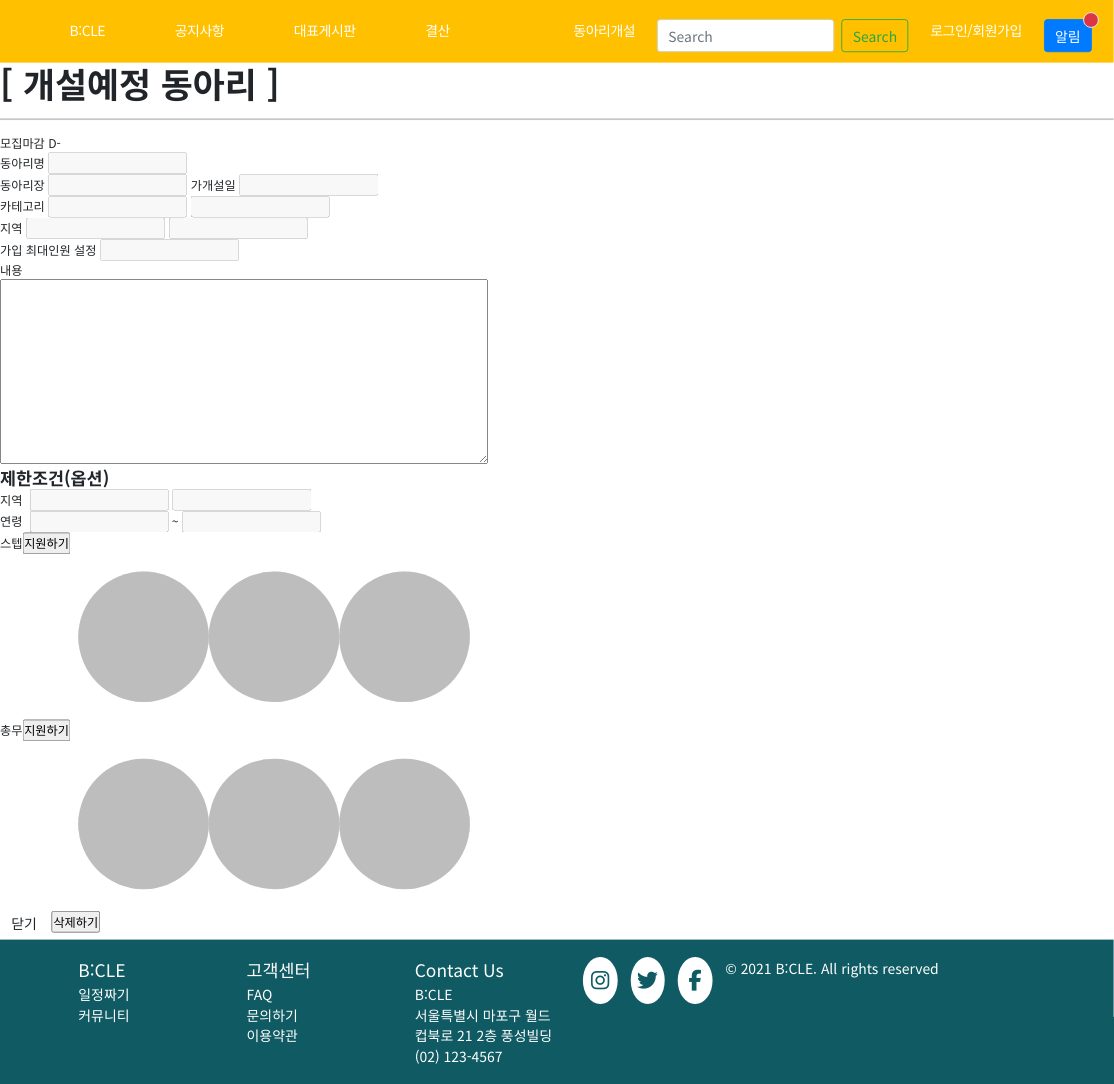
Repository: CHAEYUN7074/SpringProject_Bcle
Page: http://localhost/Bcle/ClubBeforeOpenedContents.jsp
The author's editor kept a copy of each file at every save. The page is drawn from the files as they stood at one save, then again after the next save.
The browser window is 1280 px wide. The pictures show the whole page, at 87% of full size.
Some web fonts or font styles are not loaded; a fallback is used. Some web libraries are served in a nearby version. The page is served by Tomcat 9. The template is opened directly, without the code that normally fills it, so the values that code supplies are empty.

Above is the page before, as saved 2021-12-21 07:18:41.

### Bcle/WebContent/ClubBeforeOpenedContents.jsp
<%@ page contentType="text/html; charset=UTF-8"%>
<%@ taglib prefix="c" uri="http://java.sun.com/jsp/jstl/core"%>
<%
   request.setCharacterEncoding("UTF-8");
String cp = request.getContextPath();
%>
<!DOCTYPE html>
<html>
<head>
<meta charset="UTF-8">
<title>ClubBeforeOpenedContents.jsp</title>
<style type="text/css">
.box {
   width: 150px;
   height: 150px;
   border-radius: 70%;
   overflow: hidden;
}

.profile {
   width: 100%;
   height: 100%;
   object-fit: cover;
}

.container {
   display: flex;
}
</style>
</head>
<script type="text/javascript" src="http://code.jquery.com/jquery.min.js"></script>
<script type="text/javascript">
	$(function()
	{
		$(".updateBtn").click(function()
		{
			// 테스트
			//alert("수정 버튼 클릭");
			//employeeupdateform.action 페이지 요청하면서 employeeId 전송

			$(location).attr("href", "employeeupdateform.action?employeeId=" + $(this).val());


		});

		$(".deleteBtn").click(function()
		{
			// 테스트
			//alert("삭제 버튼 클릭");

			if(confirm("현재 선택한 데이터를 정말 삭제하시겠습니까?"))
			{
				$(location).attr("href", "employeedelete.action?employeeId=" + $(this).val());
			}
		});

	});;
</script>
<body>
   <!--
ClubBeforeOpenedContents.jsp
- 메인화면(로그인 전) 페이지 2 -⑤ 회원 모집 동아리 상세페이지(내용)
- 개절예정 동아리(스탭프 지원(동의)받는중)
 -->
   <div class="wrap">
      <!-- 네브 영역 -->
      <div>
         <c:import url="nav.jsp"></c:import>
      </div>

      <!-- 콘텐츠 영역 -->
      <div id="content">
         <h1>[ 개설예정 동아리 ]</h1>
         <hr>
         <div>
            <p>모집마감 D- ${clubDetail.day} </p>
         </div>

         <div>
            <form action="">
               <div>
                  <p>   동아리명
                  <input type="text" id="title" name="title" value="${clubDetail.title }"  disabled="disabled">
                  </p>
                  <p>
                     동아리장
                     <input type="text" id="nickname" name="nickname" value="${clubDetail.nickname }" disabled="disabled">
                     가개설일
                     <input type="text" id="preopendate" name="preopendate" value="${clubDetail.preopendate}" disabled="disabled">
                  </p>
                  <div>
                     카테고리
                     <input type="text" id="l_cat" name="l_cat" value="${clubDetail.l_cat}" disabled="disabled">
                     <input type="text" id="s_cat" name="s_cat" value="${clubDetail.s_cat}" disabled="disabled">
                  </div>
                  <div>
                     지역
                     <input type="text"  value="${clubDetail.city}" disabled="disabled">
                     <input type="text" value="${clubDetail.local}" disabled="disabled">
                  </div>
                  <p>
                     가입 최대인원 설정
                     <input type="text" value="${clubDetail.max}" disabled="disabled">
                  </p>
                  <div>
                     <p>내용</p>
                     <textarea rows="10" cols="70">${clubDetail.content}</textarea>
                  </div>

                  <div>
                     <h5>제한조건(옵션)</h5>
                     <div>
                     <!-- if로 받아온 지역제한 코드가 'X'면 없음이나 '-'로
                     있으면 받아온 지역명으로 보이게-->
                        지역&nbsp;
                        <input type="text" value="${clubDetail.city}" disabled="disabled">
                        <input type="text" value="${clubDetail.local}" disabled="disabled">
                     </div>
                     <div>
                     <!-- if로 받아온 나이제한 코드가 'X'면 없음이나 '-'로
                     있으면 받아온 최대나이와 최소나이로 보이게  -->
                        연령&nbsp;
                        <input type="text" value="${clubDetail.min_age}" disabled="disabled">
                        ~
                        <input type="text" value="${clubDetail.max_age}" disabled="disabled">
                     </div>

                     <div>
                        스텝<input type="button" value="지원하기">
                        <div class="container">
                           <div class="box" style="background: #BDBDBD;">
                              <img class="profile" src="">
                           </div>
                           <div class="box" style="background: #BDBDBD;">
                              <img class="profile" src="">
                           </div>
                           <div class="box" style="background: #BDBDBD;">
                              <img class="profile" src="">
                           </div>
                        </div>
                     </div>

                     <div>
                        총무<input type="button" value="지원하기">
                        <div class="container">
                           <div class="box" style="background: #BDBDBD;">
                              <img class="profile" src="">
                           </div>
                           <div class="box" style="background: #BDBDBD;">
                              <img class="profile" src="">
                           </div>
                           <div class="box" style="background: #BDBDBD;">
                              <img class="profile" src="">
                           </div>
                        </div>
                     </div>

                     <div>
                              <button type="button" class="btn" id="closeBtn"
                              onclick="location.href='clubprelistform.action'">닫기</button>
                              <input type="button" value="삭제하기" class="btn2" onclick="sendIt()"/>
                           </div>

                  </div>


               </div>
            </form>
         </div>
      </div>
      <!-- 풋터영역 -->
      <div>
         <c:import url="footer.jsp"></c:import>
      </div>

   </div>




</body>
</html>

### Bcle/WebContent/nav.jsp
<%@ page contentType="text/html; charset=UTF-8"%>
<%@ taglib prefix="c" uri="http://java.sun.com/jsp/jstl/core"%>
<%
	request.setCharacterEncoding("UTF-8");
String cp = request.getContextPath();
%>
<!DOCTYPE html>
<html lang="ko">
<head>
<meta charset="UTF-8">
<meta name="viewport" content="width=device-width, initial-scale=1">
<title>B:CLE</title>
<!-- <link rel="stylesheet" href="css/main.css"> -->
<link rel="stylesheet" href="css/font-awesome.min.css">
<link
	href="https://cdn.jsdelivr.net/npm/bootstrap@5.1.3/dist/css/bootstrap.min.css"
	rel="stylesheet"
	integrity="sha384-1BmE4kWBq78iYhFldvKuhfTAU6auU8tT94WrHftjDbrCEXSU1oBoqyl2QvZ6jIW3"
	crossorigin="anonymous">

<style>
@import
	url('https://fonts.googleapis.com/css?family=Exo+2|Noto+Sans+KR&display=swap')
	;
/*reset*/
* {
	margin: 0;
	padding: 0;
}
body {
	margin: 0;
}
h1, h2, h3, h4, h5, h6, p, ul, ol, li, dl, dt, dd {
	margin: 0;
	padding: 0;
}
h1, h2, h3, h4, h5, h6 {
	font-weight: 700;
	font-size: inherit;
}
a {
	color: inherit;
	text-decoration: inherit;
}
img {
	vertical-align: middle;
}
a img {
	border: none;
}
li {
	list-style: none;
}
address, em, i, ul {
	font-style: normal;
}
.mo {
	display: none;
}
body {
	font-family: 'Noto Sans KR', sans-serif;
	font-size: 14px;
}
header {
	font-family: 'Noto Sans KR', sans-serif;
	letter-spacing: -0.5px;
	background: rgb(255, 192, 0);
	color: white;
	height: 10vh;
	width: 100%;
	position: relative;
	margin-top: -20px;
}
.mainHeader {
	width: 100%;
	margin-top: 20px;
	box-sizing: border-box;
	vertical-align: center;
}
.mainHeader .gnbMo {
	display: none;
}
.mainHeader .gnb {
	float: left;
	margin-left: 80px;
	margin-top: 3vh;
}
.mainHeader .gnb li {
	float: left;
	margin-right: 80px;
}
.mainHeader .gnb li a {
	display: block;
	width: 100%;
	height: 100%;
	text-align: center;
	color: #fff;
	font-size: 16px;
	text-decoration-line: none;
}
.mainHeader .gnb li a:hover, .mainHeader .gnb li a:focus {
	color: #ff8342;
}
.mainHeader .tnb {
	float: right;
	margin-top: 3vh;
}
.mainHeader .tnb li {
	float: left;
	margin-right: 25px;
}
.mainHeader .tnb li a {
	display: block;
	width: 100%;
	height: 100%;
	text-align: center;
	font-size: 16px;
	color: #fff;
	text-decoration-line: none;
}
.mainHeader .tnb li:nth-child(1) a i, .mainHeader .tnb li:nth-child(2) a i
	{
	font-size: 20px;
	margin-right: 8px;
}
.mainHeader .tnb li:last-child a {
	display: block;
	width: 105px;
	line-height: 2;
	border: 1px solid #fff;
	border-radius: 30px;
	margin-top: 35px;
}
.mainHeader .tnb li:last-child a i {
	margin-left: 5px;
}
.mainHeader .tnb li:last-child a:hover {
	background: #fff;
	color: #ff8342;
	transition: all 0.3s;
}
.btn-primary {
    color: #fff;
    background-color: #105b63;
    border-color: #105b63;
}
</style>


</head>
<body>

	<c:choose>
		<c:when test="${!empty id }">
			<header>
				<div class="mainHeader">
					<nav class="gnb">
						<ul>
							<li><a href="#">B:CLE</a></li>
							<li><a href="#">공지사항</a></li>
							<li><a href="#">대표게시판</a></li>
							<li><a href="#">결산</a></li>
						</ul>
					</nav>
					<nav class="tnb">
						<ul>

							<li><a href="clubinsertform.action">동아리개설</a></li>

							<li>
								<form class="d-flex">
									<input class="form-control me-2" type="search"
										placeholder="Search" aria-label="Search">
									<button class="btn btn-outline-success" type="submit">Search</button>
								</form>
							</li>



							<!-- 값을 넘겨보려 시도했는데 실패...ㅠ 다시 해볼게요 - 현정 -->
							<li><a href="#">마이페이지</a></li>
							<li><button type="button"
									class="btn btn-primary position-relative">
									알림 <span
										class="position-absolute top-0 start-100 translate-middle p-2 bg-danger border border-light rounded-circle">
										<span class="visually-hidden">New alerts</span>
									</span>
								</button></li>
							<li><a href="logout.action">로그아웃</a></li>
						</ul>
					</nav>
					<nav class="gnbMo">
						<a href="#"><i class="fa fa-bars" aria-hidden="true"></i></a>
					</nav>
				</div>
			</header>
		</c:when>
		<c:otherwise>
			<header>
				<div class="mainHeader">
					<nav class="gnb">
						<ul>
							<li><a href="#">B:CLE</a></li>
							<li><a href="#">공지사항</a></li>
							<li><a href="#">대표게시판</a></li>
							<li><a href="#">결산</a></li>
						</ul>
					</nav>
					<nav class="tnb">
						<ul>

							<li><a href="clubinsertform.action">동아리개설</a></li>

							<li>
								<form class="d-flex">
									<input class="form-control me-2" type="search"
										placeholder="Search" aria-label="Search">
									<button class="btn btn-outline-success" type="submit">Search</button>
								</form>
							</li>




							<li><a href="#"></i>로그인/회원가입</a></li>
							<li><button type="button"
									class="btn btn-primary position-relative">
									알림 <span
										class="position-absolute top-0 start-100 translate-middle p-2 bg-danger border border-light rounded-circle">
										<span class="visually-hidden">New alerts</span>
									</span>
								</button></li>
						</ul>
					</nav>
					<nav class="gnbMo">
						<a href="#"><i class="fa fa-bars" aria-hidden="true"></i></a>
					</nav>
				</div>
			</header>
		</c:otherwise>
	</c:choose>
	<!--header-->




</body>
</html>

<!-- 검색부분에 쓸 부트스트랩 -->
<!--       <form class="d-flex">
        <input class="form-control me-2" type="search" placeholder="Search" aria-label="Search">
        <button class="btn btn-outline-success" type="submit">Search</button>
      </form> -->

### Bcle/WebContent/footer.jsp
<%@ page contentType="text/html; charset=UTF-8"%>
<%@ taglib prefix="c" uri="http://java.sun.com/jsp/jstl/core"%>
<%
	request.setCharacterEncoding("UTF-8");
	String cp = request.getContextPath();
%>
<!DOCTYPE html>
<html>
<head>
<meta charset="utf-8">
<title>B:CLE Footer(예비용)</title>

<link
	href="https://cdn.jsdelivr.net/npm/bootstrap@4.4.1/dist/css/bootstrap.min.css"
	rel="stylesheet">
<script
	src="https://cdn.jsdelivr.net/npm/bootstrap@4.4.1/dist/js/bootstrap.bundle.min.js"></script>
<link rel="preconnect" href="https://fonts.googleapis.com">
<link rel="preconnect" href="https://fonts.gstatic.com">
<link
	href="https://fonts.googleapis.com/css2?family=Noto+Sans+KR:wght@400;700&display=swap"
	rel="stylesheet">
<script src="https://kit.fontawesome.com/dab690a483.js" crossorigin="anonymous"></script>
<style type="text/css">

/*reset*/
* {margin: 0;padding: 0;}
body {margin: 0;}
h1, h2, h3, h4, h5, h6, p, ul, ol, li, dl, dt, dd {margin: 0; padding: 0;}
h1, h2, h3, h4, h5, h6 {font-weight: 700; }
a {color: inherit; text-decoration: inherit;}
img {vertical-align: middle;}
a img {border: none;}
li {list-style: none;}
address, em, i, ul {font-style: normal;}

/*layout*/
.mo {display: none;}
.en {font-family: 'Exo 2', sans-serif;}
body {font-family: 'Noto Sans KR', sans-serif; font-size: 14px;}
.wrap {margin: 0 auto; }

#footer-wrapper
{
	background-color: #105B63;
	font-family: 'Noto Sans KR', sans-serif;
	font-size: 12pt;
	/* position:fixed; */
}
.title
{
	font-family: 'Noto Sans KR', sans-serif;
	font-size: 15pt;
	color: white;
}

.container
{
	padding: 20px;
}

ul
{
   list-style:none;
   padding-left:0px;
}
a.menuitem
{
	text-decoration: none;
	text-align: center;
	color: white;
}
a.menuitem
{
	text-decoration: none;
	text-align: center;
	color: white;
}
a.menuitem:hover
{
	color: #FFD34E;
}

p.menuitem
{
	color: white;
}
.second-box
{
  display: flex;
  justify-content: flex-end;
}

.icon
{
  /* width: 40%; */
  display: flex;
  justify-content: flex-end;
  color: #105B63;
}

.icon-box
{
  width: 54px;
  height: 54px;
  background-color: white;
  border-radius: 50%;
  margin-right: 15px;
  display: flex;
  justify-content: center;
  align-items: center;
}

.icon
{
  font-size: 24px;
}
.icon:hover {
  color: #FFD34E;
}

ul.menu
{
	color: white;
}

</style>

</head>
<body>

<!-- Footer -->
<div id="footer-wrapper">
	<footer id="footer" class="container">
		<div class="row">
			<div class="col-3 col-6-medium col-12-small">

				<!-- Links -->
					<section class="widget links">
						<div class="title">B:CLE</div>
						<ul class="style2">
							<li><a href="#" class="menuitem">일정짜기</a></li>
							<li><a href="mainhome.action" class="menuitem">커뮤니티</a></li>
							<!-- <li><a href="#">Felis varius pellentesque potenti</a></li>
							<li><a href="#">Nullam scelerisque blandit leo</a></li> -->
						</ul>
					</section>

			</div>
			<div class="col-3 col-6-medium col-12-small">

				<!-- Links -->
					<section class="widget links">
						<div class="title">고객센터</div>
						<ul class="style2">
							<li><a href="#" class="menuitem">FAQ</a></li>
							<li><a href="#" class="menuitem">문의하기</a></li>
							<li><a href="#" class="menuitem">이용약관</a></li>
							<!-- <li><a href="#">Felis varius pellentesque potenti</a></li>
							<li><a href="#">Nullam scelerisque blandit leo</a></li> -->
						</ul>
					</section>

			</div>

			<div class="col-3 col-6-medium col-12-small">

				<!-- Contact -->
					<section class="widget contact last">
						<div class="title">Contact Us</div>

						<p class="menuitem">B:CLE<br />
						서울특별시 마포구 월드컵북로 21 2층 풍성빌딩<br />
						(02) 123-4567</p>
					</section>

			</div>

			<div class="col-3 col-6-medium col-12-small">

				<!-- 아이콘 -->
				<!-- <section class="widget contact last icon"> -->
					<div class="second-box">
			              <div class="icon-box">
			                  <i class="fab fa-instagram icon"></i>
			              </div>
			              <div class="icon-box">
			                  <i class="fab fa-twitter icon"></i>
			              </div>
			              <div class="icon-box">
			                  <i class="fab fa-facebook-f icon"></i>
			              </div>
					</div>
				<!-- </section> -->

			</div>

		</div>

		<div class="row">
			<div class="col-12">
				<div id="copyright">
					<ul class="menu" style="text-align: center;">
						<li>&copy; 2021 B:CLE. All rights reserved</li>
					</ul>
				</div>
			</div>
		</div>
	</footer>
</div>

</body>
</html>

After the next save:
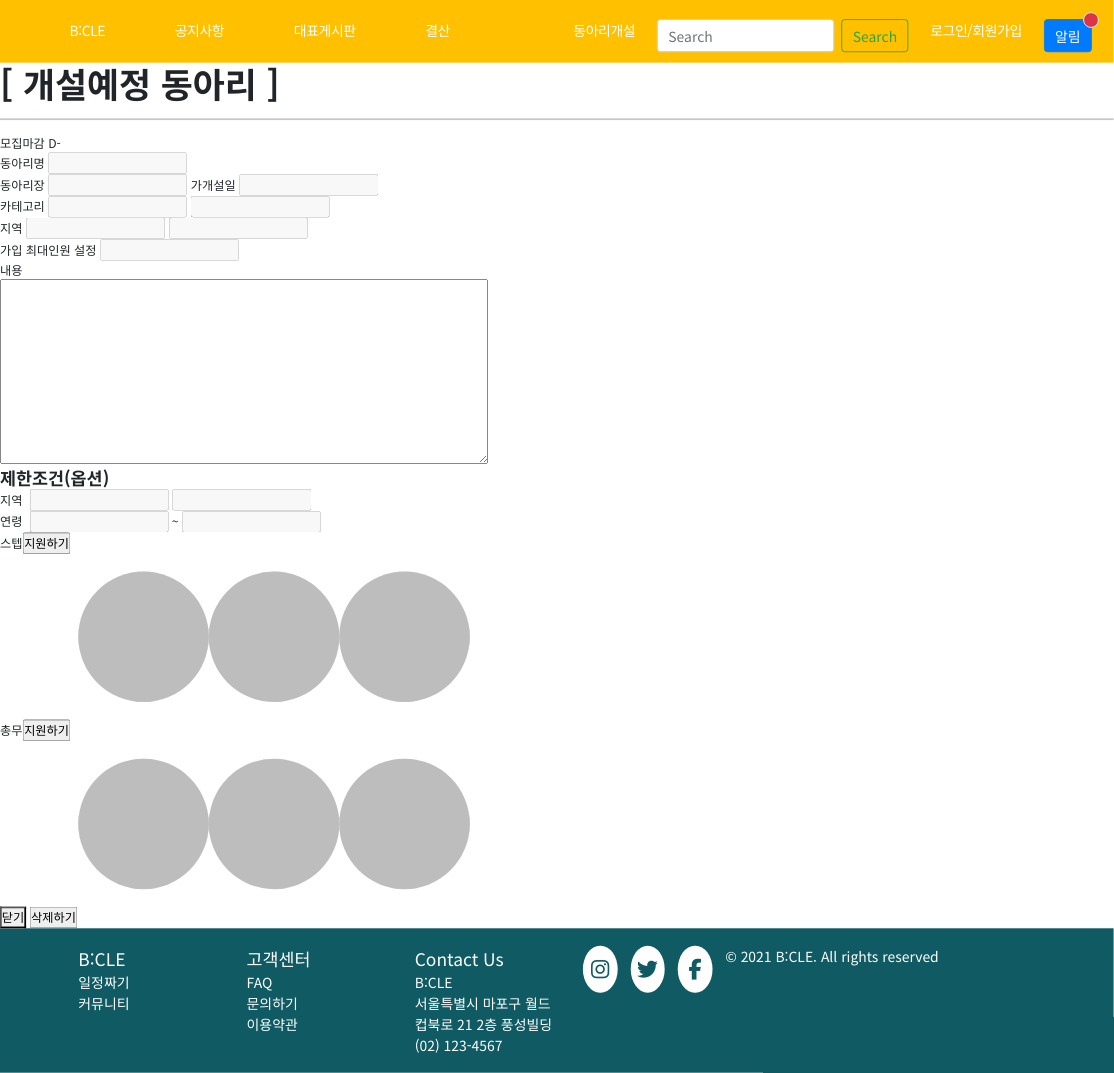
Saved 30 s later.
--- a/Bcle/WebContent/ClubBeforeOpenedContents.jsp
+++ b/Bcle/WebContent/ClubBeforeOpenedContents.jsp
@@ -34,9 +34,6 @@
 	{
 		$(".updateBtn").click(function()
 		{
-			// 테스트
-			//alert("수정 버튼 클릭");
-			//employeeupdateform.action 페이지 요청하면서 employeeId 전송
 
 			$(location).attr("href", "employeeupdateform.action?employeeId=" + $(this).val());
 
@@ -45,8 +42,6 @@
 
 		$(".deleteBtn").click(function()
 		{
-			// 테스트
-			//alert("삭제 버튼 클릭");
 
 			if(confirm("현재 선택한 데이터를 정말 삭제하시겠습니까?"))
 			{
@@ -156,7 +151,7 @@
                      </div>
 
                      <div>
-                              <button type="button" class="btn" id="closeBtn"
+                              <button type="button" class="updateBtn" id="closeBtn"
                               onclick="location.href='clubprelistform.action'">닫기</button>
                               <input type="button" value="삭제하기" class="btn2" onclick="sendIt()"/>
                            </div>

After the save that followed:
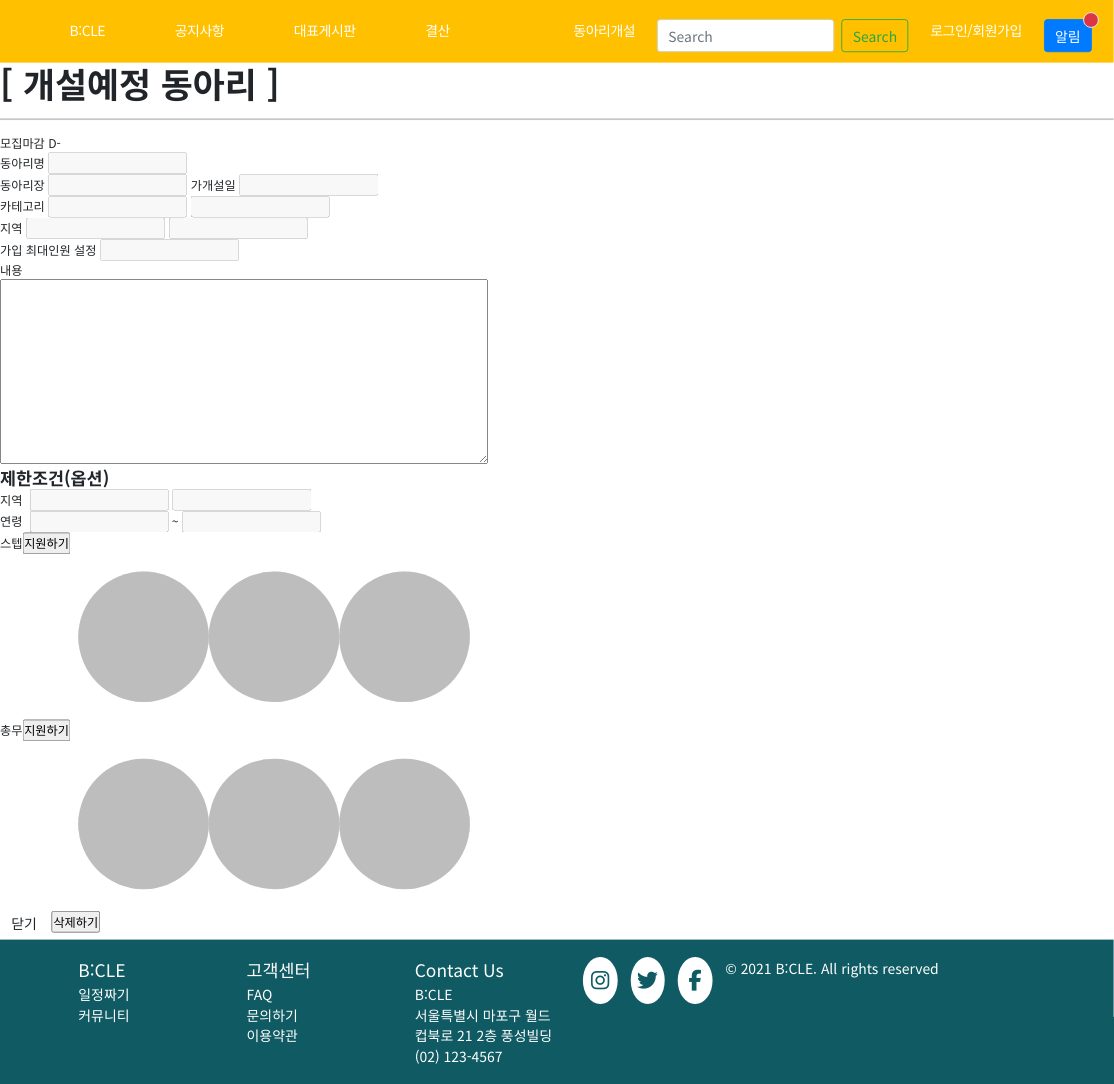
Saved 39 s later.
--- a/Bcle/WebContent/ClubBeforeOpenedContents.jsp
+++ b/Bcle/WebContent/ClubBeforeOpenedContents.jsp
@@ -151,7 +151,7 @@
                      </div>
 
                      <div>
-                              <button type="button" class="updateBtn" id="closeBtn"
+                              <button type="button" class="btn" id="closeBtn"
                               onclick="location.href='clubprelistform.action'">닫기</button>
                               <input type="button" value="삭제하기" class="btn2" onclick="sendIt()"/>
                            </div>
